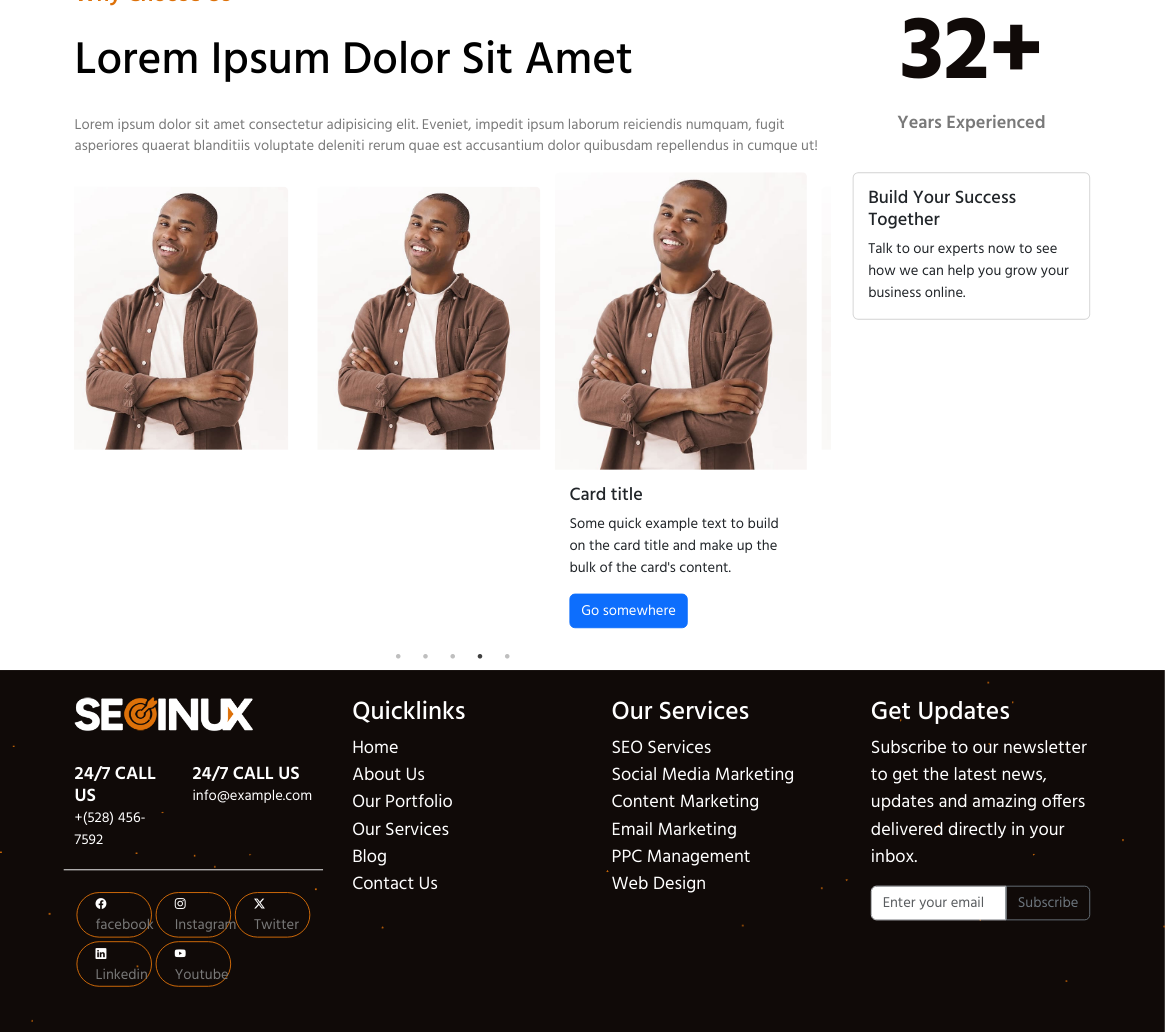
Repository: tagnam/seoinox
Page: about.html
The author's editor kept a copy of each file at every save. The page is drawn from the files as they stood at one save, then again after the next save.
The browser window is 1280 px wide. The pictures show the part of the page from y = 3019 to 4153 px (the page is 4153 px tall before and 3958 px after), at 91% of full size.
A picture or video elsewhere on the page could not be fetched, so the positions and the page height are approximate. Backgrounds fixed to the window are drawn as part of the page.

Above is the page before, as saved 2025-02-26 11:33:36.

After the next save:
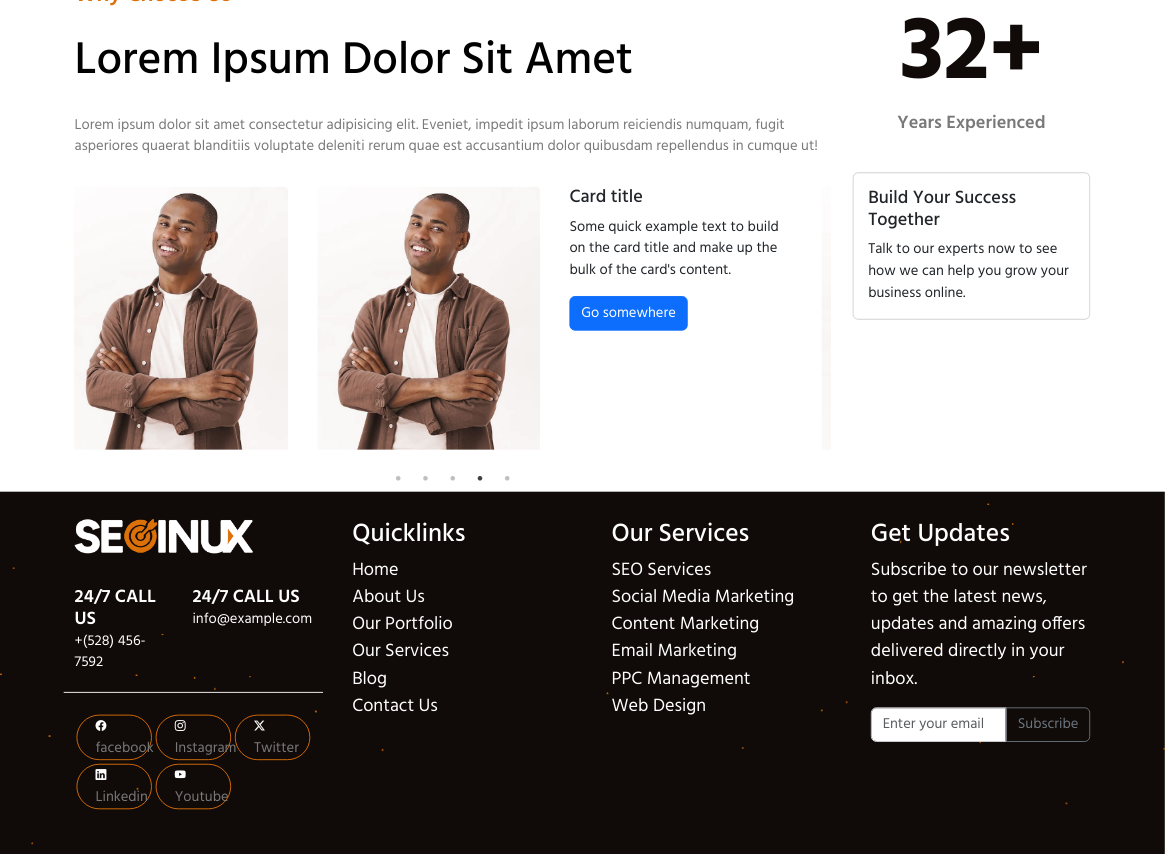
Saved 8 s later.
--- a/about.html
+++ b/about.html
@@ -299,7 +299,6 @@
                 </div>
               </div>
               <div class="card" style="width: 18rem; border: none;">
-                <img src="images/seo-team-pro-1.jpg" class="card-img-top" alt="...">
                 <div class="card-body">
                   <h5 class="card-title">Card title</h5>
                   <p class="card-text">Some quick example text to build on the card title and make up the bulk of the card's content.</p>
